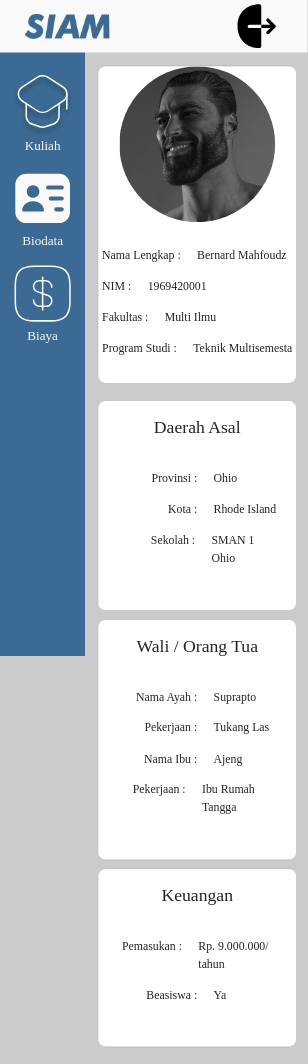
Repository: haikalirf/Project-IMK
Page: biodata.html
These files come from the project's save history. The page is drawn as it stood at one moment and after the next save; the edit follows.
The browser window is 375 px wide. The pictures show the whole page, at 82% of full size.
Some web fonts or font styles are not loaded; a fallback is used.

Above is the page before, as saved 2022-12-16 18:28:20.
Not found: scripts/.js

After the next save:
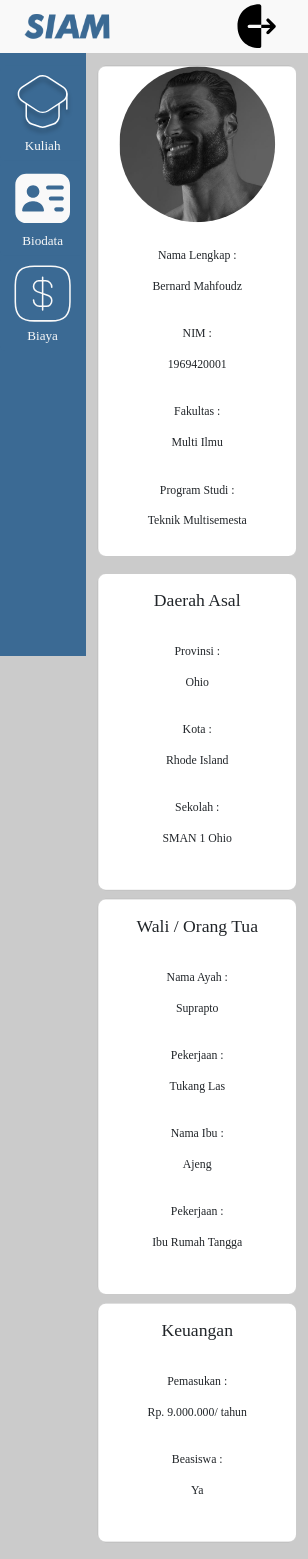
Saved 10 s later.
--- a/styles/biodata.css
+++ b/styles/biodata.css
@@ -190,7 +190,7 @@ a img, a label {
 	}
 }
 
-@media (max-width: 1330px) {
+@media (max-width: 550px) {
 	body {
 		font-size: 0.9em;
 	}
@@ -201,7 +201,7 @@ a img, a label {
 		padding: 0px !important;
 	}
 
-	/* .list-group-flush {
+	.list-group-flush {
 		align-items: center;
 		justify-content: center;
 		display: flex;
@@ -222,7 +222,7 @@ a img, a label {
 		flex-direction: column;
 		text-align: center;
 		align-self: center;
-	} */
+	}
 
 	.profil-tag div {
 		width: fit-content !important;
